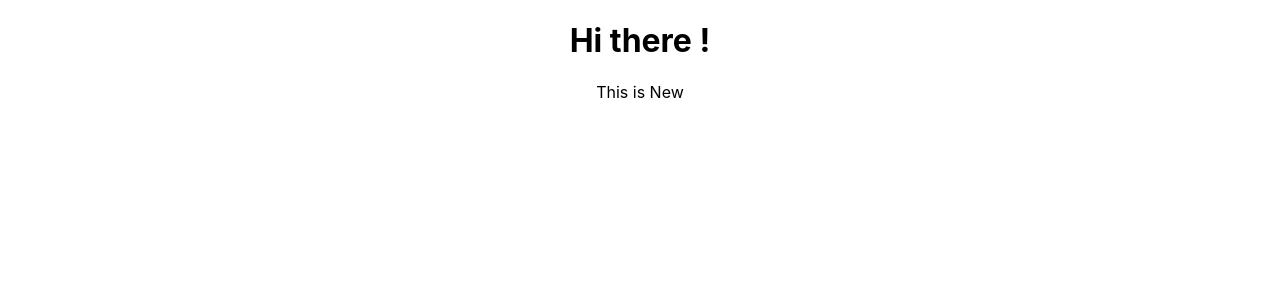
Repository: metehankasapp/react-optimization-techniques
Page: / (app in my-app/)
An editor plug-in stored every save of this project. The page is shown before and after the next save, followed by the edit.
The browser window is 1280 px wide. The pictures show the whole page.
The project was rebuilt for these pictures with package versions that can differ from the ones it lists, and the page was loaded fresh each time.

Above is the page before, as saved 2021-10-14 08:41:31.

After the next save:
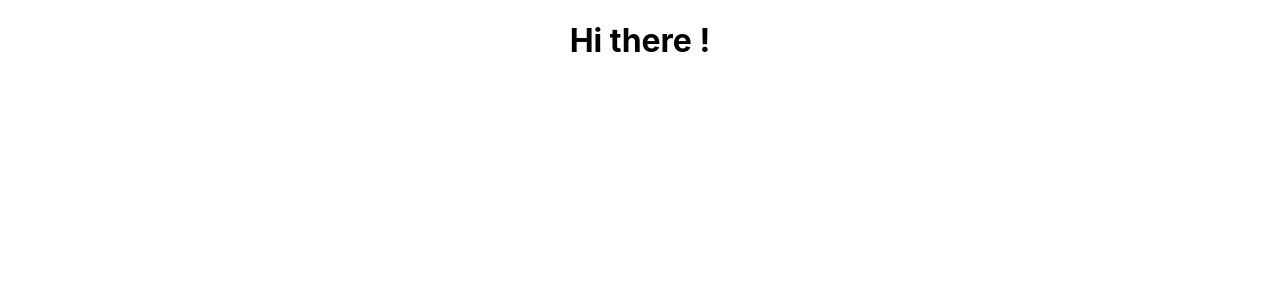
Saved 2 min 29 s later.
--- a/my-app/src/App.js
+++ b/my-app/src/App.js
@@ -2,10 +2,11 @@ import React, { useState } from "react";
 import "./App.css";
 
 function App() {
+  const [showParagraph, setShowParagraph] = useState(false);
   return (
     <div className="App">
       <h1>Hi there !</h1>
-      <p>This is New</p>
+      {showParagraph && <p>This is New</p>}
     </div>
   );
 }
